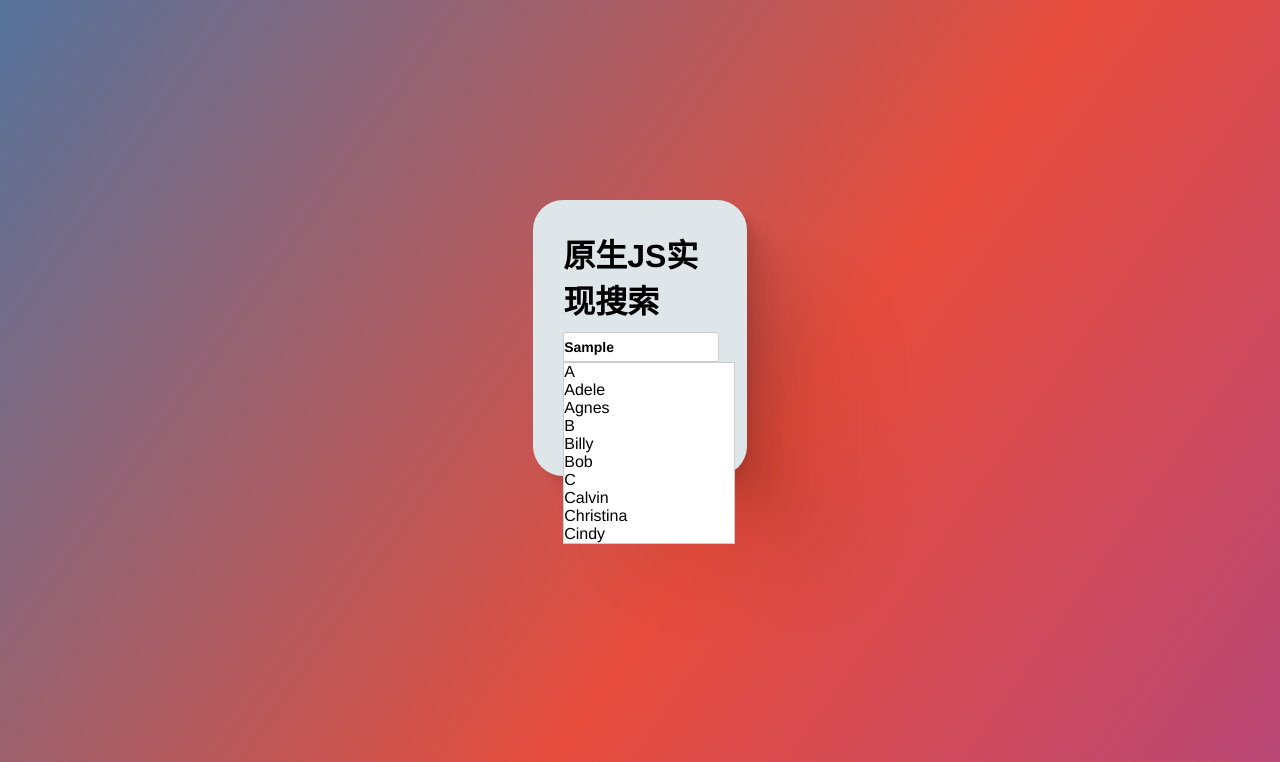
Repository: bigzheng11/selectWork
Page: 原生JS实现/原生JS实现.html
These files come from the project's save history. The page is drawn as it stood at one moment and after the next save; the edit follows.
The browser window is 1280 px wide. The pictures show the whole page.
Empty fields were first filled with sample values (such as "Sample", 5 or name@example.com).
After loading, the first visible `#myInput` was changed once.

Above is the page before, as saved 2022-10-25 10:02:55.
Console error: TypeError: Cannot read properties of undefined (reading 'innerHTML')

After the next save:
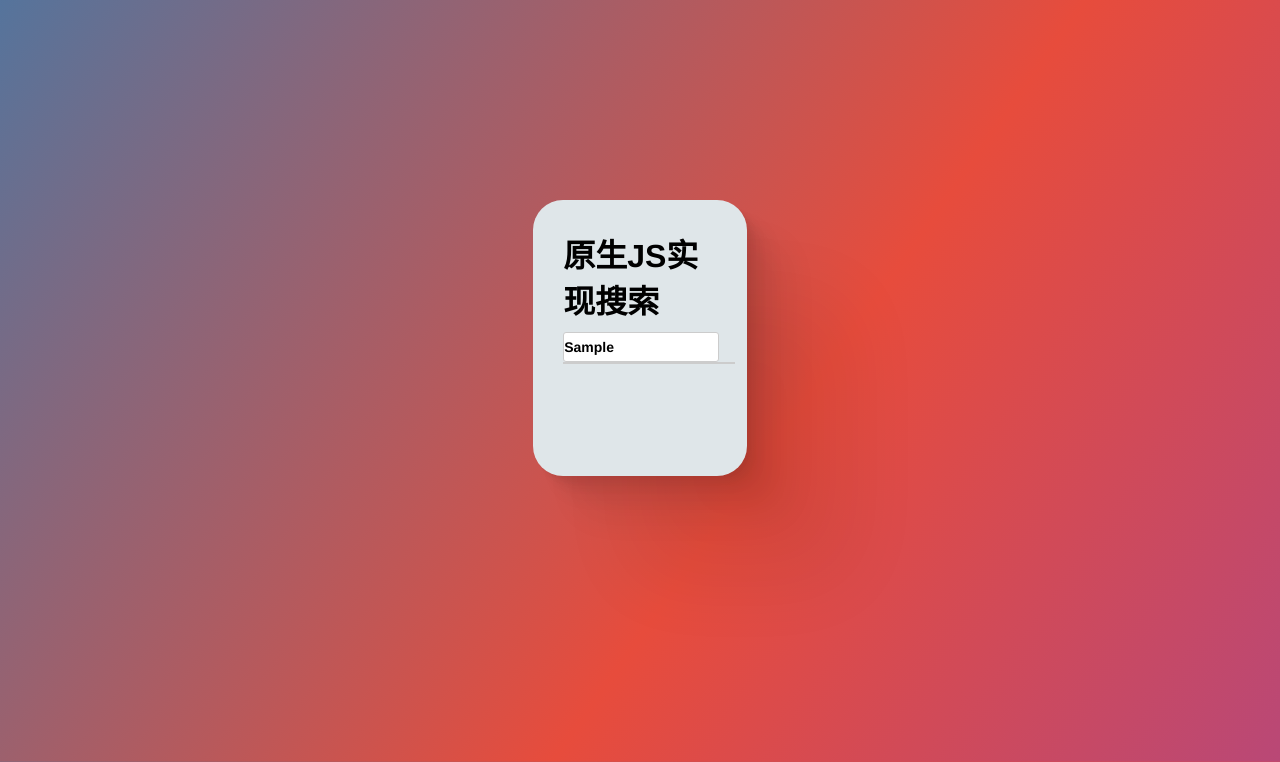
The error is gone.
Saved 38 s later.
--- a/原生JS实现/原生JS实现.html
+++ b/原生JS实现/原生JS实现.html
@@ -126,7 +126,7 @@
                 let temp = 0;
                 // 循环所有列表，查找匹配项
                 for (i = 0; i < li.length; i++) {
-                    a = li[i].getElementsByTagName("a")[0];
+                    a = li[i].getElementsByTagName("p")[0];
                     if (a.innerHTML.toUpperCase().indexOf(filter) > -1) {
                         li[i].style.display = "";
                         temp += 1;
